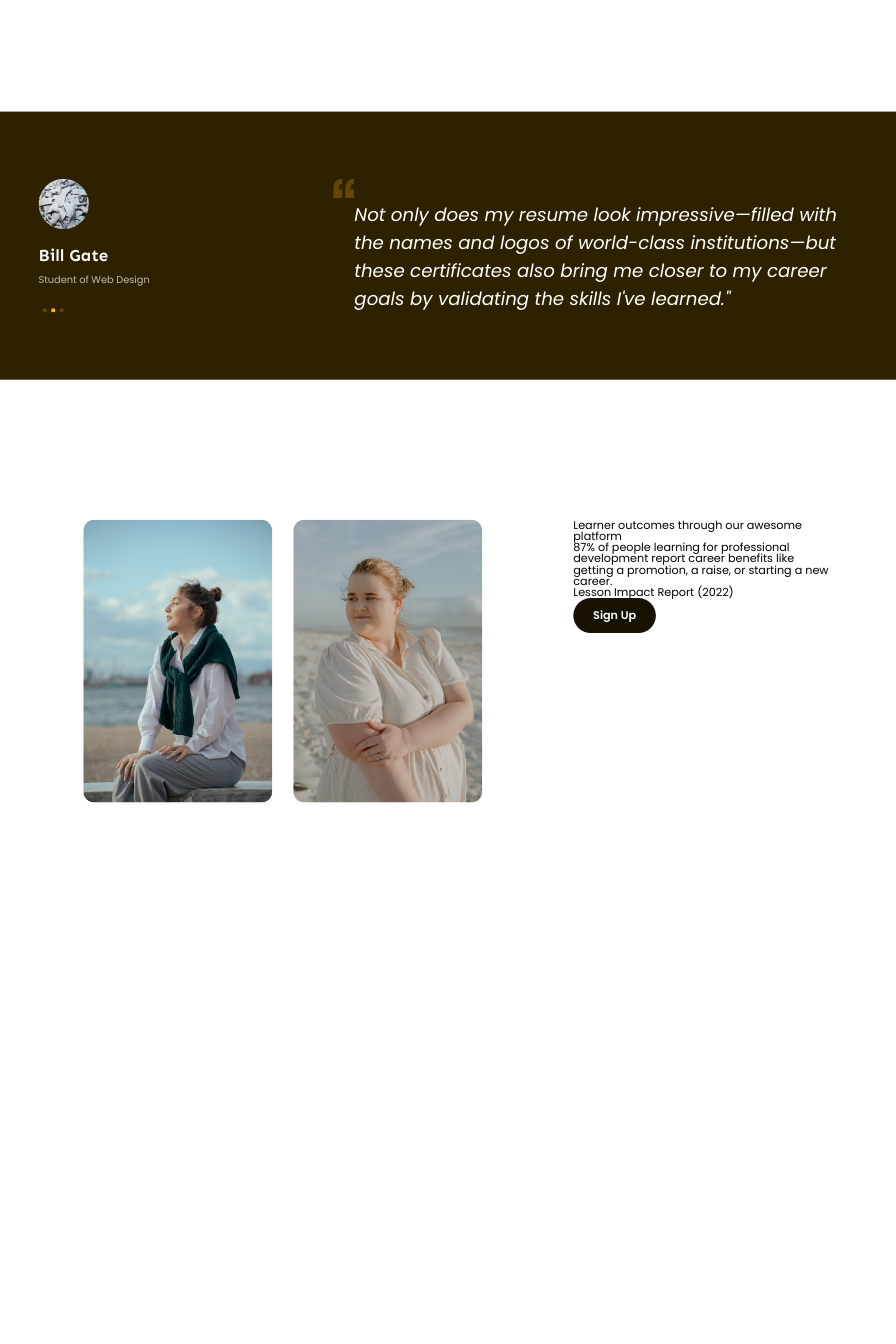
Repository: dovanlanh/f8-project-02
Page: index.html
The author's editor kept a copy of each file at every save. The page is drawn from the files as they stood at one save, then again after the next save.
The browser window is 1280 px wide. The pictures show the part of the page from y = 1789 to 3709 px (the page is 10000 px tall), at 70% of full size.

Above is the page before, as saved 2023-02-10 08:54:46.

### index.html
<!DOCTYPE html>
<html lang="en">
<head>
    <meta charset="UTF-8">
    <meta http-equiv="X-UA-Compatible" content="IE=edge">
    <meta name="viewport" content="width=device-width, initial-scale=1.0">
    <title>F8 Project 02</title>
    <!-- reset css -->
    <link rel="stylesheet" href="./assets/css/reset.css">
    <!-- embed fonts -->
    <link rel="preconnect" href="https://fonts.googleapis.com">
    <link rel="preconnect" href="https://fonts.gstatic.com" crossorigin>
    <link href="https://fonts.googleapis.com/css2?family=Poppins:ital,wght@0,400;0,500;0,600;0,700;1,400&family=Sen:wght@700&display=swap" rel="stylesheet">
    <!-- style -->
    <link rel="stylesheet" href="./assets/css/styles.css">
</head>
<body>
    <main style=" height: 10000px">
        <!-- header  -->
        <header class="header fixed">
            <div class="main-content">
                    <div class="body">
                        <!-- logo -->
                        <img src="./assets/img/Lesson.svg" alt="Lesson" class="Logo">
                        <!-- nav -->
                        <nav class="nav">
                            <ul>
                                <li class="active">
                                    <a href="#!">Home</a>
                                </li>
                                <li>
                                    <a href="#!">Courses</a>
                                </li>
                                <li>
                                    <a href="#!">Pricing</a>
                                </li>
                                <li>
                                    <a href="#!">Reviews</a>
                                </li>
                            </ul>
                        </nav>
                        <!-- active -->
                        <div class="action">
                            <a href="#!" class="btn sign-up-btn">Sign Up</a>
                        </div>
                    </div>
            </div>
        </header>
        <!-- Hero -->
        <div class="hero">
            <div class="main-content">
                <div class="body">
                    <!-- Hero left -->
                    <div class="media-block">
                        <img src="./assets/img/guy-lesson.svg" alt="" class="img">
                        <div class="hero-summary">
                            <div class="item">
                                <div class="icon">
                                    <img src="./assets/img/list-icon1.svg" alt="">
                                </div>
                                <div class="info">
                                    <p class="label">20 Courses</p>
                                    <p class="tittle">UI/UX Design</p>
                                </div>
                            </div>
                            <div class="item">
                                <div class="icon">
                                    <img src="./assets/img/list-icon2.svg" alt="">
                                </div>
                                <div class="info">
                                    <p class="label">20 Courses</p>
                                    <p class="tittle">Development</p>
                                </div>
                            </div>
                            <div class="item">
                                <div class="icon">
                                    <img src="./assets/img/list-icon3.svg" alt="">
                                </div>
                                <div class="info">
                                    <p class="label">30 Courses</p>
                                    <p class="tittle">Marketing</p>
                                </div>
                            </div>
                        </div>
                    </div>
                    <!-- hero-right -->
                    <div class="content-block">
                        <h1 class="heading lv1">Learn without limits and spread knowledge.</h1>
                        <p class="desc">
                            Build new skills for that “this is my year” feeling with courses, certificates, and degrees from world-class universities and companies.
                        </p>
                            <div class="cta-group">
                                <a href="#!" class="btn hero-cta">See Courses</a>
                                <button class="watch-video">
                                    <div class="icon">
                                        <img src="./assets/img/icon-watch-video.svg" alt="">
                                    </div>
                                    <span>Watch Video</span>
                                </button>
                            </div>
                        <p class="desc">Recent engagement</p>
                        <div class="desc stats">
                            <strong>50K</strong>Students
                            <strong>70+</strong>Courses
                        </div>
                    </div>
                </div>
            </div>
        </div>
        <!-- Popular -->
        <div class="popular">
            <div class="main-content">
                <!-- popular top -->
                <div class="popular-top">
                    <div class="info">
                        <h2 class="heading lv2">Our popular courses</h2>
                        <p class="desc">Build new skills with new trendy courses and shine for the next future career.</p>
                    </div>
                    <div class="controls">
                        <button class="control-btn">
                            <svg width="8" height="14" viewBox="0 0 8 14" fill="none" xmlns="http://www.w3.org/2000/svg">
                                <path d="M7 1L1 7L7 13" stroke="currentColor" stroke-linecap="round" stroke-linejoin="round"/>
                            </svg>
                        </button>
                        <button class="control-btn">
                            <svg width="8" height="14" viewBox="0 0 8 14" fill="none" xmlns="http://www.w3.org/2000/svg">
                                <path d="M1 1L7 7L1 13" stroke="currentColor" stroke-linecap="round" stroke-linejoin="round"/>
                            </svg>
                        </button>
                    </div>
                </div>
                <!-- popular-bottom -->
                <div class="course-list">
                    <!-- course item 1 -->
                    <div class="course-item">
                        <img src="./assets/img/img-popular/course1.jpg" alt="Basic web design" class="thumb">
                        <div class="info">
                            <div class="head">
                                <h3 class="tittle line-clamp break-all">Basic web design</h3>
                                <div class="rating">
                                    <img src="./assets/img/Star.svg" alt="star" class="star">
                                    <span class="value">4.5</span>
                                </div>
                            </div>
                            <p class="desc-course line-clamp line-2 break-all">Get the best course, gain knowledge and shine for your future career.</p>
                            <div class="foot">
                                <span class="price">$120.75</span>
                                <button class="btn">Book Now</button>
                            </div>
                        </div>
                    </div>
                    <!-- course item 2 -->
                    <div class="course-item">
                        <img src="./assets/img/img-popular/course2.jpg" alt="UI/UX design" class="thumb">
                        <div class="info">
                            <div class="head">
                                <h3 class="tittle line-clamp break-all">UI/UX design</h3>
                                <div class="rating">
                                    <img src="./assets/img/Star.svg" alt="star" class="star">
                                    <span class="value">4.5</span>
                                </div>
                            </div>
                            <p class="desc-course line-clamp line-2 break-all">Get the best course, gain knowledge and shine for your future career.</p>
                            <div class="foot">
                                <span class="price">$120.75</span>
                                <button class="btn">Book Now</button>
                            </div>
                        </div>
                    </div>
                    <!-- course item 3 -->
                    <div class="course-item">
                        <img src="./assets/img/img-popular/course3.jpg" alt="Web App design" class="thumb">
                        <div class="info">
                            <div class="head">
                                <h3 class="tittle line-clamp break-all">Web App design</h3>
                                <div class="rating">
                                    <img src="./assets/img/Star.svg" alt="star" class="star">
                                    <span class="value">4.5</span>
                                </div>
                            </div>
                            <p class="desc-course line-clamp line-2 break-all">Get the best course, gain knowledge and shine for your future career.</p>
                            <div class="foot">
                                <span class="price">$120.75</span>
                                <button class="btn">Book Now</button>
                            </div>
                        </div>
                    </div>
                </div>
            </div>
        </div>
        <!-- feedback -->
        <div class="feedback">
            <div class="main-content">
                <div class="feedback-list">
                    <!-- item 1 -->
                    <div class="feedback-item">
                        <!-- fdb-left -->
                        <div class="info">
                            <img src="./assets/img/img-quotes.jpg" alt="Peter Moor" class="feedback-avt">
                            <p class="tittle-fdb">Peter Moor</p>
                            <p class="desc-fdb">Student of Web Design</p>
                            <div class="dots">
                                <span class="dot active"></span>
                                <span class="dot"></span>
                                <span class="dot"></span>
                            </div>
                        </div>
                        <!-- fdb-right -->
                        <div class="content-fdb">
                            <img src="./assets/img/open-quotes.svg" alt="open quotes" class="open-quotes">
                            <blockquote>
                                Not only does my resume look impressive—filled with the names and logos of world-class institutions—but these certificates also bring me closer to my career goals by validating the skills I've learned."
                            </blockquote>
                        </div>
                    </div>
                    <!-- item 2 -->
                    <div class="feedback-item">
                        <!-- fdb-left -->
                        <div class="info">
                            <img src="./assets/img/img-quotes.jpg" alt="Peter Moor" class="feedback-avt">
                            <p class="tittle-fdb">Bill Gate</p>
                            <p class="desc-fdb">Student of Web Design</p>
                            <div class="dots">
                                <span class="dot"></span>
                                <span class="dot active"></span>
                                <span class="dot"></span>
                            </div>
                        </div>
                        <!-- fdb-right -->
                        <div class="content-fdb">
                            <img src="./assets/img/open-quotes.svg" alt="open quotes" class="open-quotes">
                            <blockquote>
                                Not only does my resume look impressive—filled with the names and logos of world-class institutions—but these certificates also bring me closer to my career goals by validating the skills I've learned."
                            </blockquote>
                        </div>
                    </div>
                    <!-- item 3 -->
                    <div class="feedback-item">
                        <!-- fdb-left -->
                        <div class="info">
                            <img src="./assets/img/img-quotes.jpg" alt="Peter Moor" class="feedback-avt">
                            <p class="tittle-fdb">Elon Musk</p>
                            <p class="desc-fdb">Student of Web Design</p>
                            <div class="dots">
                                <span class="dot"></span>
                                <span class="dot"></span>
                                <span class="dot active"></span>
                            </div>
                        </div>
                        <!-- fdb-right -->
                        <div class="content-fdb">
                            <img src="./assets/img/open-quotes.svg" alt="open quotes" class="open-quotes">
                            <blockquote>
                                Not only does my resume look impressive—filled with the names and logos of world-class institutions—but these certificates also bring me closer to my career goals by validating the skills I've learned."
                            </blockquote>
                        </div>
                    </div>
                </div>
            </div>
        </div>
        <!-- Features -->
        <div class="features">
            <div class="main-content">
                <div class="body">
                    <div class="imges">
                        <img src="./assets/img/feature-1.jpg" alt="Learner outcomes through our awesome platform">
                        <img src="./assets/img/feature-2.jpg" alt="Learner outcomes through our awesome platform">
                    </div>
                    <div class="content">
                        <h2 class="feature-heading">Learner outcomes through our awesome platform</h2>
                        <p class="feature-desc">87% of people learning for professional development report career benefits like getting a promotion, a raise, or starting a new career.</p>
                        <p class="feature-desc">Lesson Impact Report (2022)</p>
                        <a class="btn" href="#!">Sign Up</a>
                    </div>
                </div>
            </div>
        </div>
    </main>
</body>
</html>

### assets/css/styles.css
* {
    box-sizing: border-box;
}
:root {
    --font-heading: sen, sans-serif;
    --primary-color:#FFB900;
}
html,
body {
    scroll-behavior: smooth;
    font-size: 62.5%;
}

html {
    font-size: 62.5%;
}

body {
    font-size: 1.6rem;
    font-family: 'Poppins', sans-serif;
}

/* common */
.break-all {
    word-break: break-all;
}
.line-clamp {
    display: -webkit-box;
    -webkit-line-clamp: var(--line-clamp, 1);
    -webkit-box-orient: vertical;
    overflow: hidden;
}
.line-clamp.line-2 {
    --line-clamp: 2;
}
.heading {
    font-family: var(--font-heading);
    font-weight: 700;
    letter-spacing: -0.02em;
    color: #171100;
}
a {
    text-decoration: none;
}
.main-content {
    width: 1170px;
    max-width: calc(100% - 48px);
    margin-left: auto;
    margin-right: auto;
}
.btn {
    min-width: 118px;
    display: inline-block;
    padding: 0 16px;
    align-items: center;
    line-height: 50px;
    font-weight: 600;
    font-size: 1.6rem;
    text-align: center;
    color: #FFFFFF;
    background: #171100;
    border-radius: 999px;
}
.btn:hover {
    opacity: 0.9;
}
/* header */
.header {
    background:#FFFCF4;
}
.header.fixed {
    position: sticky;
    top: -28px;
    z-index: 1;
}
.header .body {
    display: flex;
    align-items: center;
    padding: 36px 0 8px;
}
.nav ul {
    display: flex;
}

.nav {
    margin-left: auto;
}
.nav a {
    position: relative;
    padding: 8px 21px;
    font-weight: 400;
    font-size: 1.6rem;
    color: #5F5B53;
}
.nav a:hover,
.nav li.active a {
    text-shadow: 1px 0 0 currentColor;
    color: #171100;
}
.nav li.active a::after {
    left: 21px;
    bottom: 6px;
    display: block;
    content: "";
    position: absolute;
    width: 12px;
    height: 2px;
    background: #171100;
    border-radius: 1px;
}
.header .sign-up-btn {
    min-width: 144px;
}
.header .action {
    margin-left: 49px;
}

/* hero */
.hero {
    padding: 56px 0 65px;
    background:#FFFCF4;
}
.hero .body {
    display: flex;
}
/* hero left */
.hero .media-block {
    width: 48%;
    position: relative;
}

.hero .media-block .img {
    width: 470px;
    height: 685px;
    object-fit: cover;
    border-radius: 20px;
    display: block;
}
.hero .media-block .hero-summary {
    position: absolute;
    right: 0;
    bottom: 48px;
}
.hero .hero-summary {
    width: 270px;
    padding: 24px;
    background: #FFFFFF;
    box-shadow: 0px 16px 32px rgba(0, 0, 0, 0.05);
    border-radius: 12px;
}
.hero-summary .item {
    display: flex;
    align-items: center;
}
.hero-summary .icon {
    width: 48px;
    height: 48px;
    border-radius: 50%;
    display: flex;
    align-items: center;
    justify-content: center;
    background: #FFF9E8;
}
.hero-summary .info {
    margin-left: 16px;
}
.hero-summary .label {
    font-weight: 400;
    font-size: 1.4rem;
    line-height: 1.86;
    color: #5F5B53;
}
.hero-summary .tittle {
    font-weight: 600;
    font-size: 1.8rem;
    line-height: 1.67;
    color: #171100;
}
.hero-summary .item + .item {
    margin-top: 22px;
}
.hero-summary .item:nth-of-type(2) .icon {
    background: #FCEFFF;
}
.hero-summary .item:nth-of-type(3) .icon {
    background: #EBEAFF;
}
/* hero right */
.hero .content-block {
    width: 52%;
    padding: 64px 0 0 130px;
}
.hero .content-block .heading.lv1 {
    font-size: 5.8rem;
    line-height: 1.17;
}
.content-block .desc {
    margin-top: 22px;
    font-weight: 400;
    font-size: 1.8rem;
    line-height: 1.67;
    color: #5F5B53;
}
.content-block .cta-group {
    margin: 38px 0 48px;
}
.content-block .cta-group .hero-cta{
    min-width: 180px;
    background-color: var(--primary-color);
    line-height: 64px;
}
.content-block .cta-group {
    display: flex;
    align-items: center;
}
.hero .watch-video {
    margin-left: 28px;
    display: flex;
    align-items: center;
    border: none;
    background: transparent;
    cursor: pointer;

}
.cta-group span {
    font-family: 'poppins', sans-serif;
    margin-left: 14px;
    font-weight: 600;
    font-size: 1.8rem;
    line-height: 1.67;
    color: #171100;
}
.hero .watch-video .icon {
    display: flex;
    align-items: center;
    justify-content: center;
    width: 40px;
    height: 40px;
    background: #FFFFFF;
    box-shadow: 0px 8px 16px rgba(0, 0, 0, 0.07);
    border-radius: 50%;
    cursor: pointer;
}
.hero .watch-video .icon:hover {
    background: orange;
    opacity: 0.5;
}
.hero .stats {
    margin: 8px 0 0 -28px;

}
.hero .stats strong {
    --font-heading: sen, sans-serif;
    padding: 0 8px 0 28px;
    font-weight: 700;
    font-size: 4.4rem;
    line-height: 1.23;
    color: #171100;
}
/* popular */
.popular {
    padding: 65px 0;
    margin-top: 135px;
}
.popular .heading.lv2 {
    font-size: 3.8rem;
    line-height: 1.26;
}
.popular .desc {
    margin-top: 16px;
    width: 458px;
    font-weight: 400;
    font-size: 1.8rem;
    line-height: 1.67;
    color: #5F5B53;
}
.popular .popular-top {
    display: flex;
    justify-content: space-between;
    align-items: center;
}
.popular-top .controls {
    display: flex;
    gap: 18px;
}
.popular-top .control-btn {
    display: flex;
    align-items: center;
    justify-content: center;
    width: 40px;
    height: 40px;
    color: var(--primary-color);
    border: 1px solid var(--primary-color);
    border-radius: 50%;
    background: transparent;
}
.popular-top .control-btn:hover {
    color: #fff;
    background: var(--primary-color);
    cursor: pointer;
}
/* Course list */
.popular .course-list {
    display: flex;
    gap: 30px;
    margin-top: 55px;
}
.popular .course-item {
    flex: 1;
    width: 370px;
    background: #FFFFFF;
    border: 1px solid #E2DFDA;
    border-radius: 12px;
}
.popular .course-item .thumb {
    width: calc(100% + 2px);
    height: 278px;
    margin: -1px;
    object-fit: cover;
    border-radius: 12px 12px 0px 0px;
}
.popular .course-item .info {
    padding: 16px 22px 22px;
}
.popular .course-item .foot,
.popular .course-item .rating,
.popular .course-item .head {
    display: flex;
    align-items: center;
    justify-content: space-between;
}
.popular .course-item .tittle {
    padding-right: 6px;
    font-weight: 600;
    font-size: 1.8rem;
    line-height: 1.67;
    color: #171100;
}
.popular .course-item .rating .value {
    margin-left: 6px;
    font-weight: 400;
    font-size: 1.6rem;
    line-height: 1.75;
    color: #FEA31B;
}
.popular .course-item .desc-course {
    margin-top: 6px;
    font-weight: 400;
    font-size: 1.4rem;
    line-height: 1.86;
    color: #5F5B53;
}
.popular .foot {
    margin-top: 12px;
}
.popular .foot .price{
    font-weight: 600;
    font-size: 1.8rem;
    line-height: 1.67;
    color: #171100;
}
.popular .foot .btn {
    height: 50px;
    border: none;
}
.popular .foot .btn:hover {
    background: #FFB900;
    transition: 0.2s;
}
/* feedback */
.feedback {
    margin-top: 135px;
    background: #2E2100;
    padding: 96px 0;
}
.feedback-list {
    display: flex;
    overflow: hidden;
}
.feedback-item {
    display: flex;
    flex-shrink: 0;
    width: 100%;
    transform: translateX(-100%);
    transition: all ease 0.3s;
}
.feedback-item .feedback-avt {
    width: 72px;
    height: 72px;
    object-fit: cover;
    border-radius: 50%;
}
.feedback-item .tittle-fdb {
    font-family: var(--font-heading);
    margin-top: 18px;
    font-weight: 700;
    font-size: 2.4rem;
    line-height: 1.42;
    color: #F7F7F7;
}
.feedback-item .desc-fdb {
    margin-top: 4px;
    font-weight: 400;
    font-size: 1.4rem;
    line-height: 1.86;
    color: #BFBCB3;
}
.feedback-item .dots {
    display: flex;
    margin-top: 28px;
}
.feedback-item .dot {
    width: 6px;
    height: 6px;
    margin-left: 6px;
    border-radius: 50%;
    background: #634700;
}
.feedback-item .dot.active{
    background: #FFB900;
    transition: 0.2s;
}
.feedback-item .content-fdb {
    width: 64%;
    margin-left: auto;
}
.content-fdb blockquote {
    margin-left: 30px;
    font-style: italic;
    font-weight: 400;
    font-size: 2.6rem;
    line-height: 1.54;
    color: #FFFFFF;
}
/* feature */
.features {
    padding: 65px;
    margin-top: 135px;
}
.features .body {
    display: flex;
}
.features .imges {
    display: flex;
}
.features .imges img {
    width: 270px;
    height: 404px;
    object-fit: cover;
    border-radius: 16px;
    margin-left: 30px;;
}
.features .content {
    width: 40%;
    margin-left: 130px;
}

Loaded but not shown: assets/css/reset.css (common file)

After the next save:
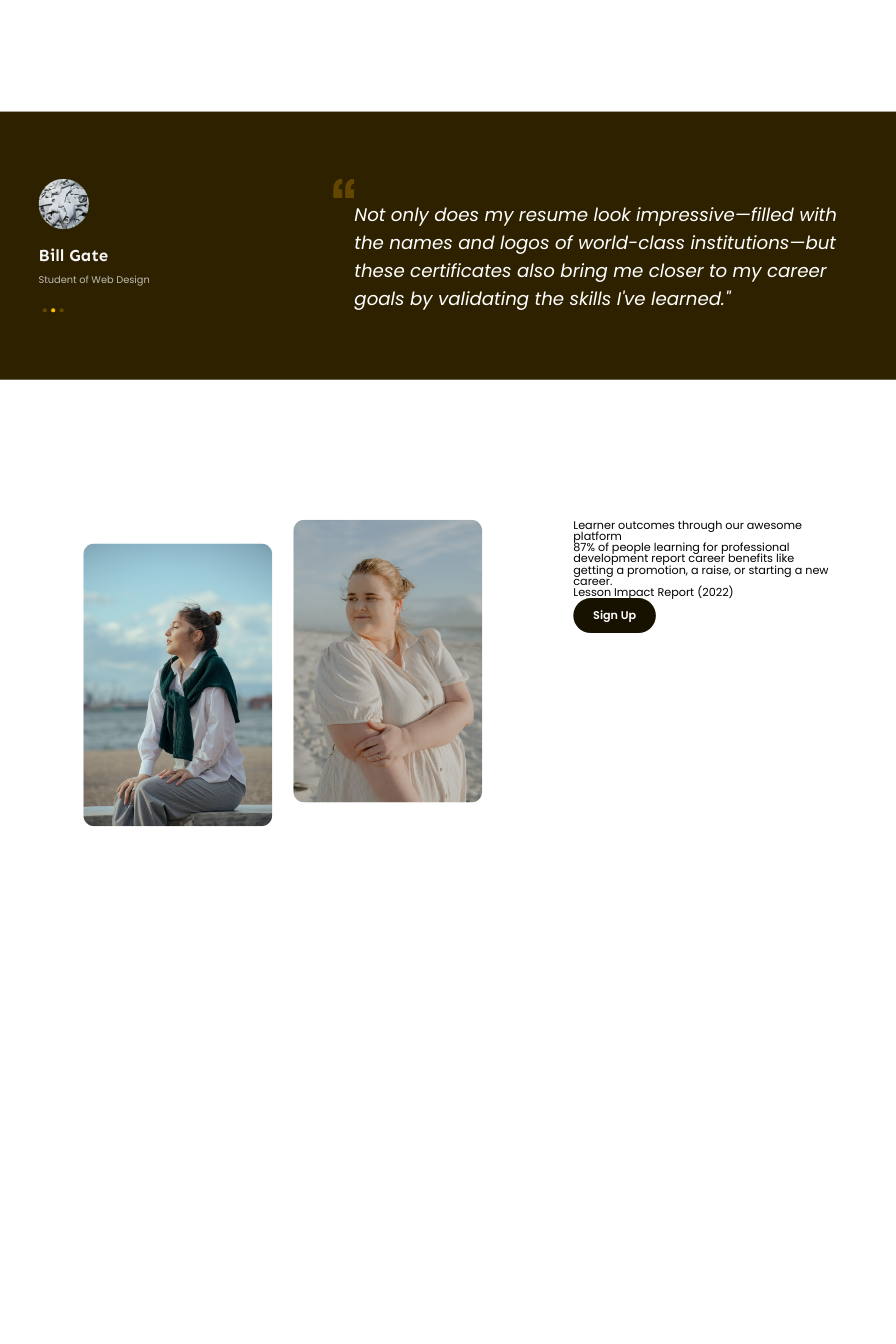
Saved 119 s later.
--- a/assets/css/styles.css
+++ b/assets/css/styles.css
@@ -450,6 +450,9 @@ a {
     border-radius: 16px;
     margin-left: 30px;;
 }
+.features .imges img:first-child {
+    margin-top: 34px;
+}
 .features .content {
     width: 40%;
     margin-left: 130px;
